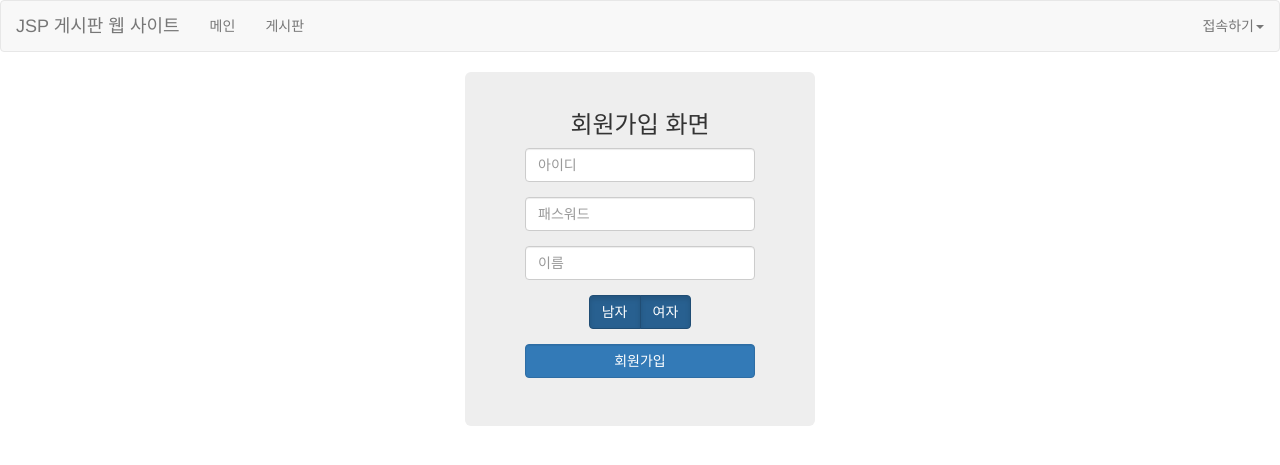
Repository: jsj961/bulletin-board-system
Page: http://localhost/BBS/join.jsp
An editor plug-in stored every save of this project. The page is shown before and after the next save, followed by the edit.
The browser window is 1280 px wide. The pictures show the whole page.
Some web libraries are served in a nearby version. The page is served by Tomcat 9. Other server files are loaded and not shown.

Above is the page before, as saved 2021-06-30 09:13:57.

### BBS/src/main/webapp/join.jsp
<%@ page language="java" contentType="text/html; charset=UTF-8"
    pageEncoding="UTF-8"%>
<!DOCTYPE html>
<html>
<head>
<meta charset="UTF-8">
<meta name="viewport" content="width=device-width", initial-scale="1">
<link rel="stylesheet" href="css/bootstrap.css">
<title>JSP 게시판 웹 사이트</title>
</head>
<body>
	<nav class="navbar navbar-default">
		<div class="navbar-header">
			<button type="button" class="navbar-toggle collasped"
				data-toggle="collapse" data-target="#bs-example-navbar-collaspe-1"
				aria-expanded="false">
				<span class="icon-bar"></span>
				<span class="icon-bar"></span>
				<span class="icon-bar"></span>
			</button>
			<a class="navbar-brand" href="main.jsp">JSP 게시판 웹 사이트</a>
		</div>
		<div class="collapse navbar-collapse" id="bs-example-navbar-collapse-1">
			<ul class="nav navbar-nav">
				<li><a href="main.jsp">메인</a></li>
				<li><a href="bbs.jsp">게시판</a></li>
			</ul>
			<ul class="nav navbar-nav navbar-right">
				<li class="dropdown">
					<a href="#" class="dropdown-toggle"
					 	data-toggle="dropdown" role="button" aria-haspopup="true"
					 	aria-expanded="false">접속하기<span class="caret"></span></a>
				 	<ul class="dropdown-menu">
				 		<li class="active"><a href="login.jsp">로그인</a></li>
				 		<li><a href="join.jsp">회원가입</a></li>
				 	</ul>
				</li>
			</ul>
		</div>
	</nav>
	<div class="container">
		<div class="col-lg-4"></div>
		<div class="col-lg-4">
			<div class="jumbotron" style="padding-top: 20px;">
				<form method="post" action="loginAction.jsp">
					<h3 style="text-align: center;">회원가입 화면</h3>
					<div class="form-group">
						<input type="text" class="form-control" placeholder="아이디" name="userID" maxlength="20">
					</div>
					<div class="form-group">
						<input type="password" class="form-control" placeholder="패스워드" name="userPassword" maxlength="20">
					</div>
					<div class="form-group">
						<input type="text" class="form-control" placeholder="이름" name="userName" maxlength="20">
					</div>
					<div class="form-group" style="text-align: center;">
						<div class="btn-group" data-toggle="buttons">
							<label class="btn btn-primary active">
								<input type="radio" name="userGender" autocomplete="off" value="남자" checked>남자
							</label>
							<label class="btn btn-primary active">
								<input type="radio" name="userGender" autocomplete="off" value="여자" checked>여자
							</label>
						</div>
					</div>
					<input type="submit" class="btn btn-primary form-control" value="회원가입">
				</form>
			</div>
		</div>
		<div class="col-lg-4"></div>
	</div>
	<script src="https://ajax.googleapis.com/ajax/libs/jquery/3.2.1/jquery.min.js"></script>
	<script src="js/bootstrap.js"></script>

</body>
</html>

Loaded but not shown: BBS/src/main/webapp/css/bootstrap.css (library); BBS/src/main/webapp/js/bootstrap.js (library)

After the next save:
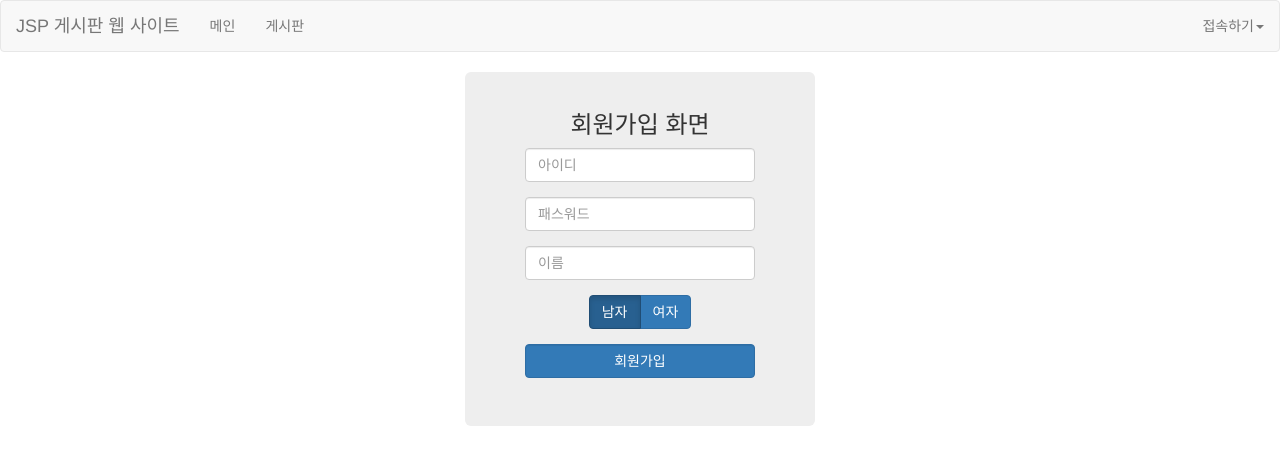
Saved 15 s later.
--- a/BBS/src/main/webapp/join.jsp
+++ b/BBS/src/main/webapp/join.jsp
@@ -58,7 +58,7 @@
 							<label class="btn btn-primary active">
 								<input type="radio" name="userGender" autocomplete="off" value="남자" checked>남자
 							</label>
-							<label class="btn btn-primary active">
+							<label class="btn btn-primary">
 								<input type="radio" name="userGender" autocomplete="off" value="여자" checked>여자
 							</label>
 						</div>
